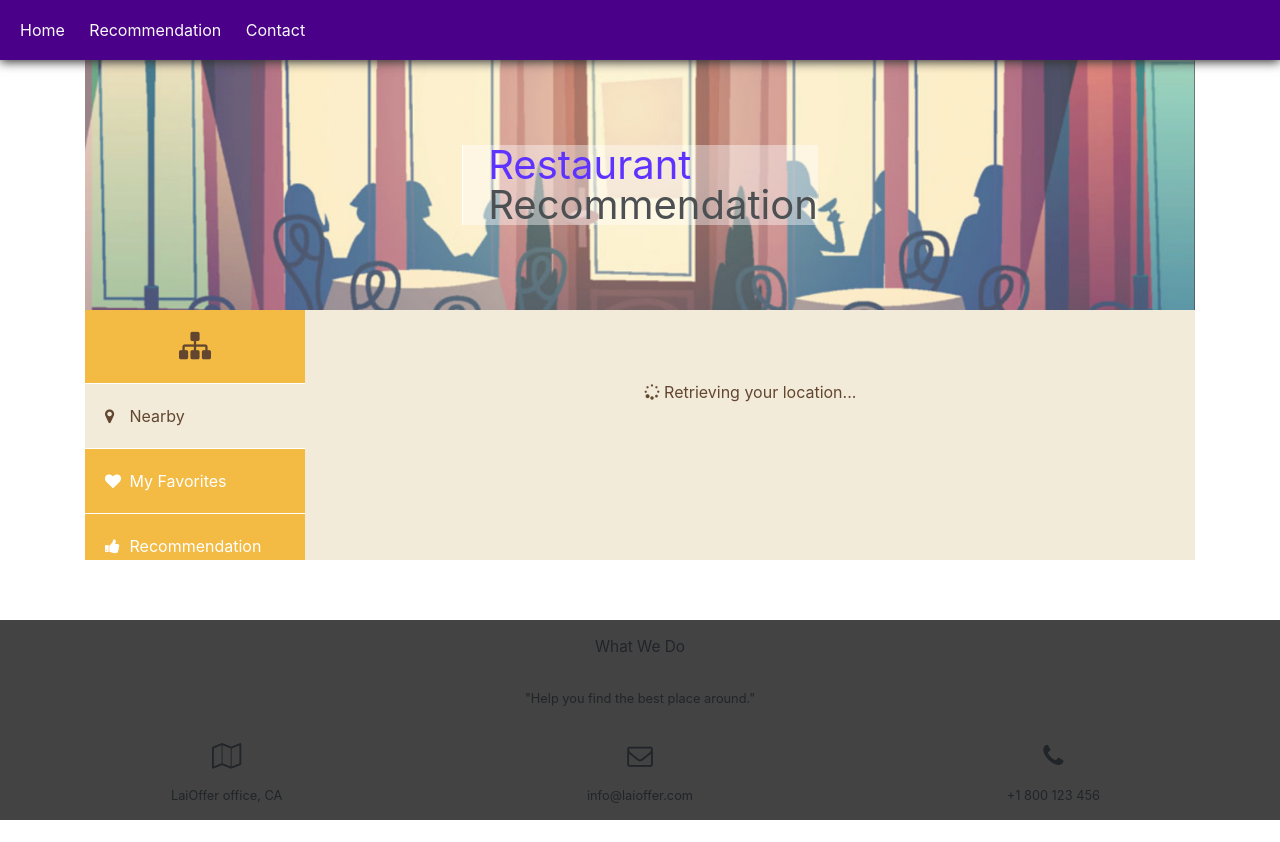
Repository: bchenSyr/restaurant-recommend
Page: http://localhost/YelpRecommend/
The author's editor kept a copy of each file at every save. The page is drawn from the files as they stood at one save, then again after the next save.
The browser window is 1280 px wide. The pictures show the whole page.
Some web libraries are served in a nearby version. The page is served by Tomcat 9.

Above is the page before, as saved 2018-09-17 06:13:17.

After the next save:
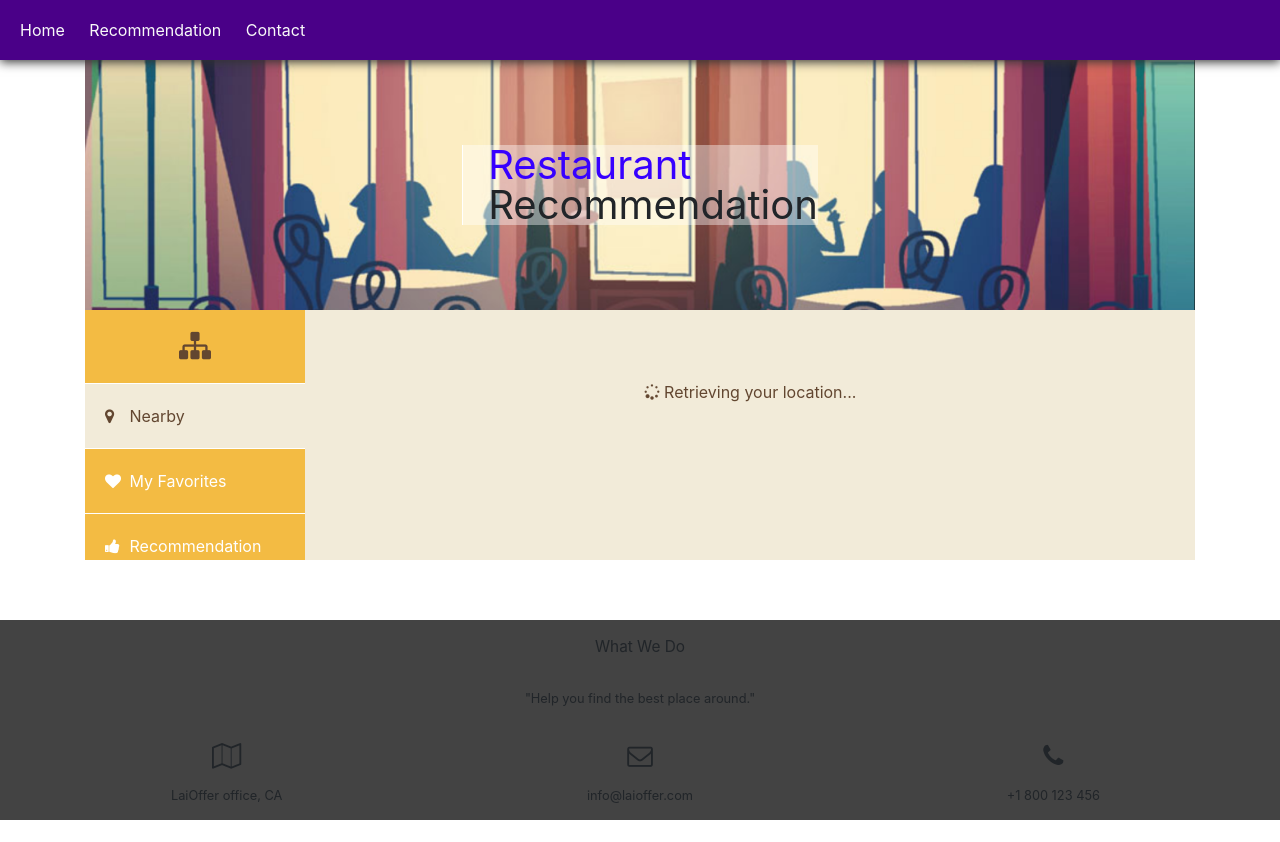
Saved 9 min 51 s later.
--- a/YelpRecommend/WebContent/styles/main.css
+++ b/YelpRecommend/WebContent/styles/main.css
@@ -75,7 +75,6 @@ ul {
  * main header
  */
 .container>header {
-	opacity:0.8;
 	align-items: center;
 	background:
 		/* url('http://prophoto.com.cy/wp-content/galleries/food/food-restaurant-photographer-cyprus-10.jpg') */
